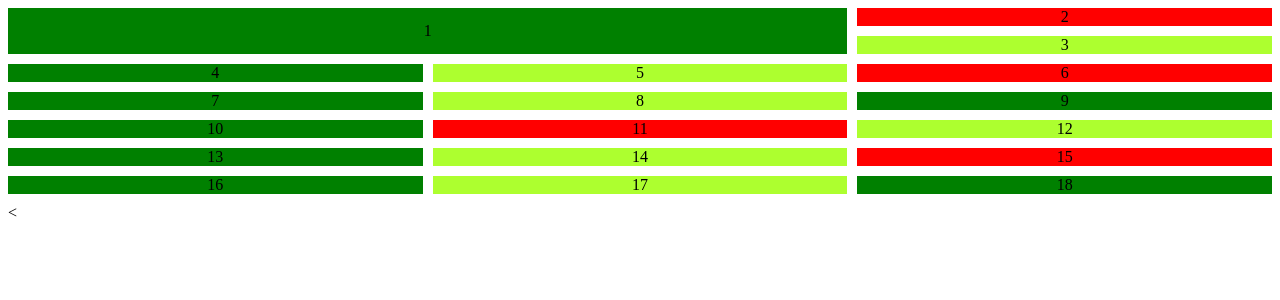
Repository: motiejus1/09-paskaita-05.31
Page: index.html
These files come from the project's save history. The page is drawn as it stood at one moment and after the next save; the edit follows.
The browser window is 1280 px wide. The pictures show the whole page.

Above is the page before, as saved 2021-06-15 19:25:30.

After the next save:
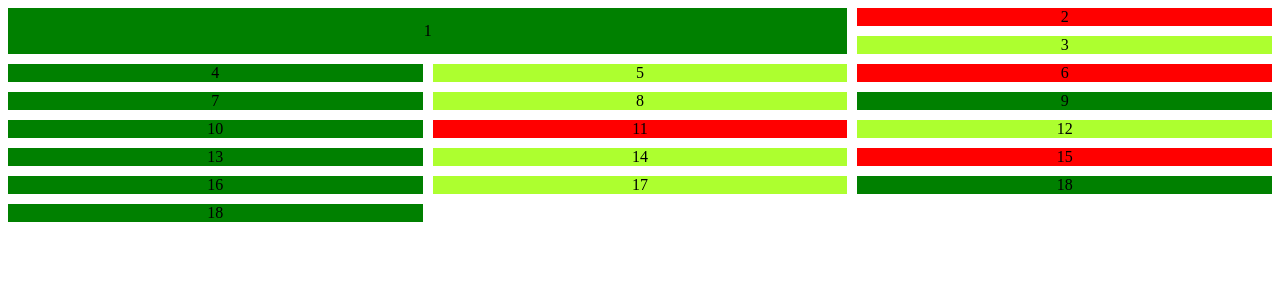
Saved 6 s later.
--- a/index.html
+++ b/index.html
@@ -63,7 +63,7 @@
         <div class="grid-item zalia">16</div>
         <div class="grid-item geltona">17</div>
         <div class="grid-item zalia">18</div>
-        <
+        <div class="grid-item zalia">18</div>
     </div>
 
 </body>
